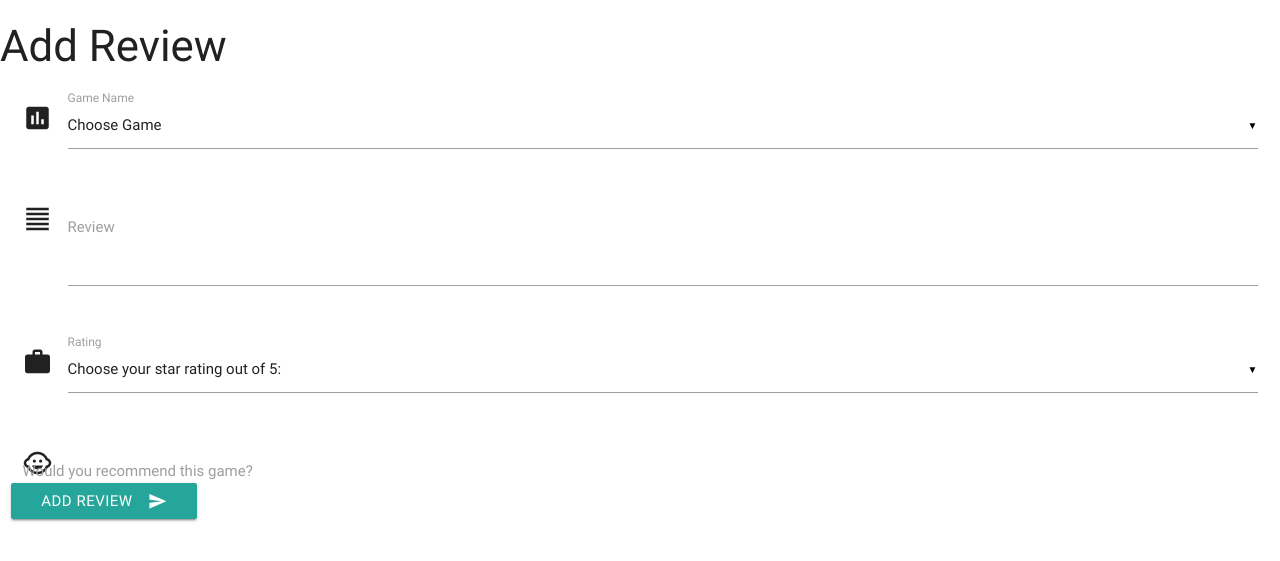
Repository: arcorco/dcd-milestone
Page: http://localhost/add_review
The author's editor kept a record of every edit. The page is drawn from the files as they stood at one moment, then again after the next edit.
The browser window is 1280 px wide. The pictures show the whole page.
Some web libraries are served in a nearby version. The page is served by the project's application, run on Flask 3 (app.py). Queries for data that is not in the repository find no rows.

Above is the page before.

After the next edit:
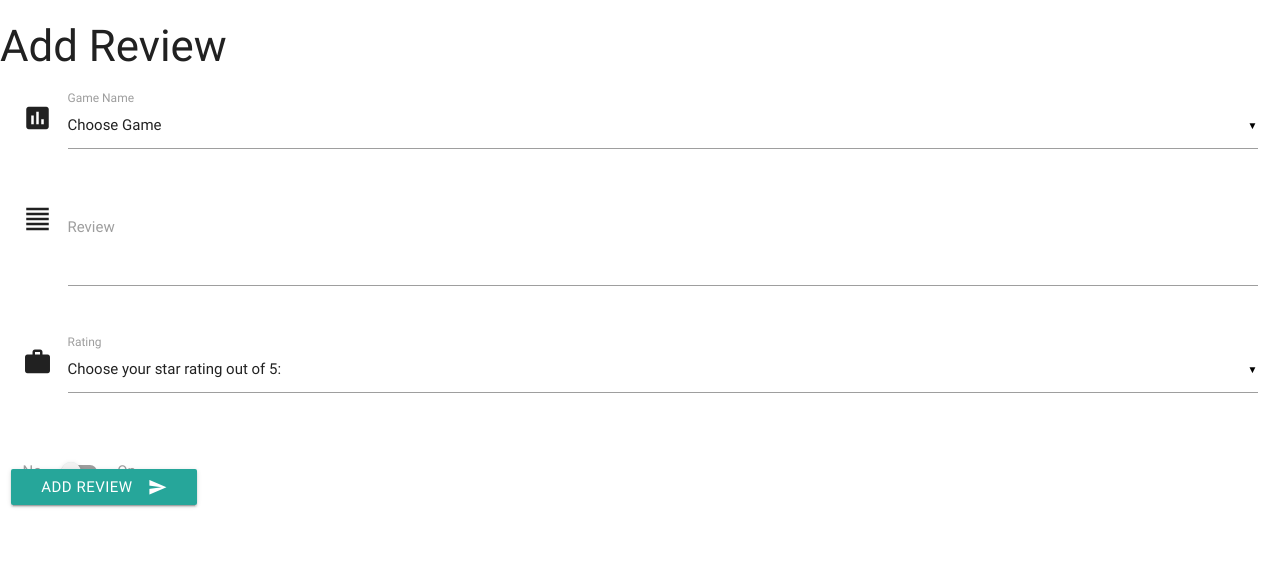
The edit:
--- a/templates/addreview.html
+++ b/templates/addreview.html
@@ -38,13 +38,16 @@
         </div>
         <div class="row">
             <div class="input-field col s12">
-                <i class="material-icons prefix">child_care</i>
-                <p>
-                    <label for="recommended">
-        <input id="recommended" type="checkbox" class="filled-in" checked="checked" />
-        <span>Would you recommend this game?</span>
-      </label>
-                </p>
+                <div class="switch">
+                    <label>
+      No
+      <input type="checkbox">
+      <span class="lever"></span>
+      On
+    </label>
+                </div>
+
+
             </div>
         </div>
         <div class="row">
